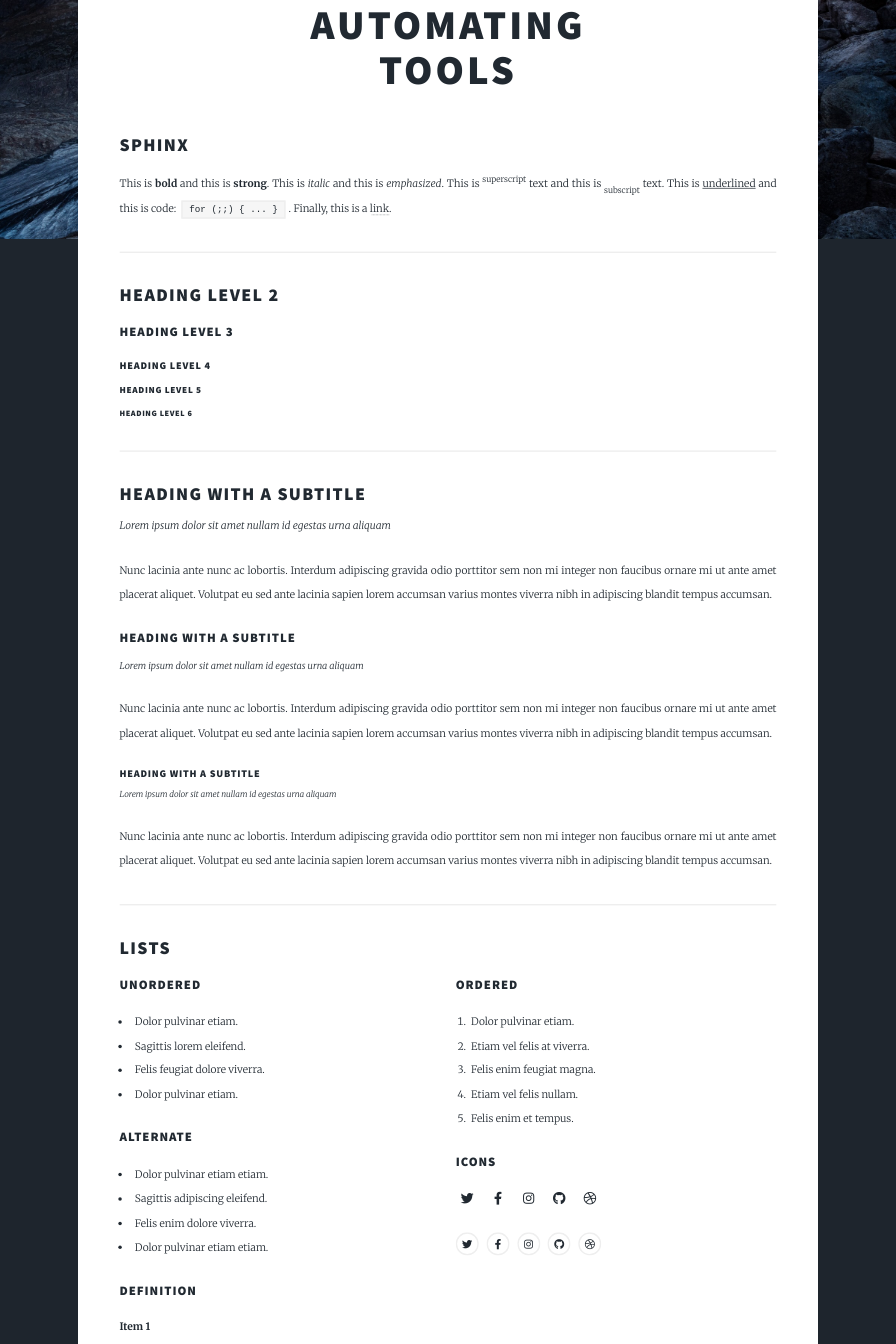
Repository: enlilsudo/Orlando-Portfolio
Page: elements.html
An editor plug-in stored every save of this project. The page is shown before and after the next save, followed by the edit.
The browser window is 1280 px wide. The pictures show the part of the page from y = 379 to 2299 px (the page is 9492 px tall before and 9527 px after), at 70% of full size.

Above is the page before, as saved 2023-02-19 11:59:08.

### elements.html
<!DOCTYPE HTML>
<!--
	Massively by HTML5 UP
	html5up.net | @ajlkn
	Free for personal and commercial use under the CCA 3.0 license (html5up.net/license)
-->
<html>
	<head>
		<title>Elements Reference - Massively by HTML5 UP</title>
		<meta charset="utf-8" />
		<meta name="viewport" content="width=device-width, initial-scale=1, user-scalable=no" />
		<link rel="stylesheet" href="assets/css/main.css" />
		<noscript><link rel="stylesheet" href="assets/css/noscript.css" /></noscript>
	</head>
	<body class="is-preload">

		<!-- Wrapper -->
			<div id="wrapper">

				<!-- Header -->
					<header id="header">
						<a href="index.html" class="logo">My Portfolio</a>
					</header>

				<!-- Nav -->
					<nav id="nav">
						<ul class="links">
							<li><a href="index.html">My Projects</a></li>
							<li><a href="generic.html">My Philosophy</a></li>
							<li class="active"><a href="elements.html">Elements of Reference</a></li>
						</ul>
						<ul class="icons">
							<li><a href="#" class="icon brands fa-twitter"><span class="label">Twitter</span></a></li>
							<li><a href="#" class="icon brands fa-facebook-f"><span class="label">Facebook</span></a></li>
							<li><a href="#" class="icon brands fa-instagram"><span class="label">Instagram</span></a></li>
							<li><a href="#" class="icon brands fa-github"><span class="label">GitHub</span></a></li>
						</ul>
					</nav>

				<!-- Main -->
					<div id="main">

						<!-- Post -->
							<section class="post">
								<header class="major">
									<h1>Automating<br />
									Tools</h1>
								</header>

								<!-- Text stuff -->
									<h2>Sphinx</h2>
									<p>This is <b>bold</b> and this is <strong>strong</strong>. This is <i>italic</i> and this is <em>emphasized</em>.
									This is <sup>superscript</sup> text and this is <sub>subscript</sub> text.
									This is <u>underlined</u> and this is code: <code>for (;;) { ... }</code>.
									Finally, this is a <a href="#">link</a>.</p>
									<hr />
									<h2>Heading Level 2</h2>
									<h3>Heading Level 3</h3>
									<h4>Heading Level 4</h4>
									<h5>Heading Level 5</h5>
									<h6>Heading Level 6</h6>
									<hr />
									<header>
										<h2>Heading with a Subtitle</h2>
										<p>Lorem ipsum dolor sit amet nullam id egestas urna aliquam</p>
									</header>
									<p>Nunc lacinia ante nunc ac lobortis. Interdum adipiscing gravida odio porttitor sem non mi integer non faucibus ornare mi ut ante amet placerat aliquet. Volutpat eu sed ante lacinia sapien lorem accumsan varius montes viverra nibh in adipiscing blandit tempus accumsan.</p>
									<header>
										<h3>Heading with a Subtitle</h3>
										<p>Lorem ipsum dolor sit amet nullam id egestas urna aliquam</p>
									</header>
									<p>Nunc lacinia ante nunc ac lobortis. Interdum adipiscing gravida odio porttitor sem non mi integer non faucibus ornare mi ut ante amet placerat aliquet. Volutpat eu sed ante lacinia sapien lorem accumsan varius montes viverra nibh in adipiscing blandit tempus accumsan.</p>
									<header>
										<h4>Heading with a Subtitle</h4>
										<p>Lorem ipsum dolor sit amet nullam id egestas urna aliquam</p>
									</header>
									<p>Nunc lacinia ante nunc ac lobortis. Interdum adipiscing gravida odio porttitor sem non mi integer non faucibus ornare mi ut ante amet placerat aliquet. Volutpat eu sed ante lacinia sapien lorem accumsan varius montes viverra nibh in adipiscing blandit tempus accumsan.</p>

									<hr />

								<!-- Lists -->
									<h2>Lists</h2>
									<div class="row">
										<div class="col-6 col-12-small">

											<h3>Unordered</h3>
											<ul>
												<li>Dolor pulvinar etiam.</li>
												<li>Sagittis lorem eleifend.</li>
												<li>Felis feugiat dolore viverra.</li>
												<li>Dolor pulvinar etiam.</li>
											</ul>

											<h3>Alternate</h3>
											<ul class="alt">
												<li>Dolor pulvinar etiam etiam.</li>
												<li>Sagittis adipiscing eleifend.</li>
												<li>Felis enim dolore viverra.</li>
												<li>Dolor pulvinar etiam etiam.</li>
											</ul>

										</div>
										<div class="col-6 col-12-small">

											<h3>Ordered</h3>
											<ol>
												<li>Dolor pulvinar etiam.</li>
												<li>Etiam vel felis at viverra.</li>
												<li>Felis enim feugiat magna.</li>
												<li>Etiam vel felis nullam.</li>
												<li>Felis enim et tempus.</li>
											</ol>

											<h3>Icons</h3>
											<ul class="icons">
												<li><a href="#" class="icon brands fa-twitter"><span class="label">Twitter</span></a></li>
												<li><a href="#" class="icon brands fa-facebook-f"><span class="label">Facebook</span></a></li>
												<li><a href="#" class="icon brands fa-instagram"><span class="label">Instagram</span></a></li>
												<li><a href="#" class="icon brands fa-github"><span class="label">Github</span></a></li>
												<li><a href="#" class="icon brands fa-dribbble"><span class="label">Dribbble</span></a></li>
											</ul>
											<ul class="icons alt">
												<li><a href="#" class="icon brands alt fa-twitter"><span class="label">Twitter</span></a></li>
												<li><a href="#" class="icon brands alt fa-facebook-f"><span class="label">Facebook</span></a></li>
												<li><a href="#" class="icon brands alt fa-instagram"><span class="label">Instagram</span></a></li>
												<li><a href="#" class="icon brands alt fa-github"><span class="label">Github</span></a></li>
												<li><a href="#" class="icon brands alt fa-dribbble"><span class="label">Dribbble</span></a></li>
											</ul>

										</div>
									</div>
									<h3>Definition</h3>
									<dl>
										<dt>Item 1</dt>
										<dd>
											<p>Lorem ipsum dolor vestibulum ante ipsum primis in faucibus vestibulum. Blandit adipiscing eu felis iaculis volutpat ac adipiscing accumsan eu faucibus. Integer ac pellentesque praesent.</p>
										</dd>
										<dt>Item 2</dt>
										<dd>
											<p>Lorem ipsum dolor vestibulum ante ipsum primis in faucibus vestibulum. Blandit adipiscing eu felis iaculis volutpat ac adipiscing accumsan eu faucibus. Integer ac pellentesque praesent.</p>
										</dd>
										<dt>Item 3</dt>
										<dd>
											<p>Lorem ipsum dolor vestibulum ante ipsum primis in faucibus vestibulum. Blandit adipiscing eu felis iaculis volutpat ac adipiscing accumsan eu faucibus. Integer ac pellentesque praesent.</p>
										</dd>
									</dl>

									<h3>Actions</h3>
									<ul class="actions">
										<li><a href="#" class="button primary">Primary</a></li>
										<li><a href="#" class="button">Default</a></li>
									</ul>
									<ul class="actions small">
										<li><a href="#" class="button primary small">Small</a></li>
										<li><a href="#" class="button small">Small</a></li>
									</ul>
									<div class="row">
										<div class="col-6 col-12-small">
											<ul class="actions stacked">
												<li><a href="#" class="button primary">Default</a></li>
												<li><a href="#" class="button">Default</a></li>
											</ul>
										</div>
										<div class="col-6 col-12-small">
											<ul class="actions stacked">
												<li><a href="#" class="button primary small">Small</a></li>
												<li><a href="#" class="button small">Small</a></li>
											</ul>
										</div>
									</div>
									<div class="row">
										<div class="col-6 col-12-small">
											<ul class="actions stacked">
												<li><a href="#" class="button primary fit">Default</a></li>
												<li><a href="#" class="button fit">Default</a></li>
											</ul>
										</div>
										<div class="col-6 col-12-small">
											<ul class="actions stacked">
												<li><a href="#" class="button primary small fit">Small</a></li>
												<li><a href="#" class="button small fit">Small</a></li>
											</ul>
										</div>
									</div>

									<hr />

								<!-- Blockquote -->
									<h2>Blockquote</h2>
									<blockquote>Fringilla nisl. Donec accumsan interdum nisi, quis tincidunt felis sagittis eget tempus euismod. Vestibulum ante ipsum primis in faucibus vestibulum. Blandit adipiscing eu felis iaculis volutpat ac adipiscing accumsan faucibus. Vestibulum ante ipsum primis in faucibus vestibulum. Blandit adipiscing eu felis.</blockquote>

									<hr />

								<!-- Table -->
									<h2>Table</h2>

									<h3>Default</h3>
									<div class="table-wrapper">
										<table>
											<thead>
												<tr>
													<th>Name</th>
													<th>Description</th>
													<th>Price</th>
												</tr>
											</thead>
											<tbody>
												<tr>
													<td>Item 1</td>
													<td>Ante turpis integer aliquet porttitor.</td>
													<td>29.99</td>
												</tr>
												<tr>
													<td>Item 2</td>
													<td>Vis ac commodo adipiscing arcu aliquet.</td>
													<td>19.99</td>
												</tr>
												<tr>
													<td>Item 3</td>
													<td> Morbi faucibus arcu accumsan lorem.</td>
													<td>29.99</td>
												</tr>
												<tr>
													<td>Item 4</td>
													<td>Vitae integer tempus condimentum.</td>
													<td>19.99</td>
												</tr>
												<tr>
													<td>Item 5</td>
													<td>Ante turpis integer aliquet porttitor.</td>
													<td>29.99</td>
												</tr>
											</tbody>
											<tfoot>
												<tr>
													<td colspan="2"></td>
													<td>100.00</td>
												</tr>
											</tfoot>
										</table>
									</div>

									<h3>Alternate</h3>
									<div class="table-wrapper">
										<table class="alt">
											<thead>
												<tr>
													<th>Name</th>
													<th>Description</th>
													<th>Price</th>
												</tr>
											</thead>
											<tbody>
												<tr>
													<td>Item 1</td>
													<td>Ante turpis integer aliquet porttitor.</td>
													<td>29.99</td>
												</tr>
												<tr>
													<td>Item 2</td>
													<td>Vis ac commodo adipiscing arcu aliquet.</td>
													<td>19.99</td>
												</tr>
												<tr>
													<td>Item 3</td>
													<td> Morbi faucibus arcu accumsan lorem.</td>
													<td>29.99</td>
												</tr>
												<tr>
													<td>Item 4</td>
													<td>Vitae integer tempus condimentum.</td>
													<td>19.99</td>
												</tr>
												<tr>
													<td>Item 5</td>
													<td>Ante turpis integer aliquet porttitor.</td>
													<td>29.99</td>
												</tr>
											</tbody>
											<tfoot>
												<tr>
													<td colspan="2"></td>
													<td>100.00</td>
												</tr>
											</tfoot>
										</table>
									</div>

									<hr />

								<!-- Buttons -->
									<h2>Buttons</h2>
									<ul class="actions">
										<li><a href="#" class="button primary">Primary</a></li>
										<li><a href="#" class="button">Default</a></li>
									</ul>
									<ul class="actions">
										<li><a href="#" class="button primary large">Large</a></li>
										<li><a href="#" class="button">Default</a></li>
										<li><a href="#" class="button small">Small</a></li>
									</ul>
									<ul class="actions fit">
										<li><a href="#" class="button primary fit">Fit</a></li>
										<li><a href="#" class="button fit">Fit</a></li>
									</ul>
									<ul class="actions fit small">
										<li><a href="#" class="button primary fit small">Fit + Small</a></li>
										<li><a href="#" class="button fit small">Fit + Small</a></li>
									</ul>
									<ul class="actions">
										<li><a href="#" class="button primary icon solid fa-search">Icon</a></li>
										<li><a href="#" class="button icon solid fa-download">Icon</a></li>
									</ul>
									<ul class="actions">
										<li><span class="button primary disabled">Primary</span></li>
										<li><span class="button disabled">Default</span></li>
									</ul>

									<hr />

								<!-- Form -->
									<h2>Form</h2>

									<form method="post" action="#">
										<div class="row gtr-uniform">
											<div class="col-6 col-12-xsmall">
												<input type="text" name="demo-name" id="demo-name" value="" placeholder="Name" />
											</div>
											<div class="col-6 col-12-xsmall">
												<input type="email" name="demo-email" id="demo-email" value="" placeholder="Email" />
											</div>
											<!-- Break -->
											<div class="col-12">
												<select name="demo-category" id="demo-category">
													<option value="">- Category -</option>
													<option value="1">Manufacturing</option>
													<option value="1">Shipping</option>
													<option value="1">Administration</option>
													<option value="1">Human Resources</option>
												</select>
											</div>
											<!-- Break -->
											<div class="col-4 col-12-small">
												<input type="radio" id="demo-priority-low" name="demo-priority" checked>
												<label for="demo-priority-low">Low</label>
											</div>
											<div class="col-4 col-12-small">
												<input type="radio" id="demo-priority-normal" name="demo-priority">
												<label for="demo-priority-normal">Normal</label>
											</div>
											<div class="col-4 col-12-small">
												<input type="radio" id="demo-priority-high" name="demo-priority">
												<label for="demo-priority-high">High</label>
											</div>
											<!-- Break -->
											<div class="col-6 col-12-small">
												<input type="checkbox" id="demo-copy" name="demo-copy">
												<label for="demo-copy">Email me a copy</label>
											</div>
											<div class="col-6 col-12-small">
												<input type="checkbox" id="demo-human" name="demo-human" checked>
												<label for="demo-human">I am a human</label>
											</div>
											<!-- Break -->
											<div class="col-12">
												<textarea name="demo-message" id="demo-message" placeholder="Enter your message" rows="6"></textarea>
											</div>
											<!-- Break -->
											<div class="col-12">
												<ul class="actions">
													<li><input type="submit" value="Send Message" class="primary" /></li>
													<li><input type="reset" value="Reset" /></li>
												</ul>
											</div>
										</div>
									</form>

									<hr />

								<!-- Image -->
									<h2>Image</h2>

									<h3>Fit</h3>
									<span class="image fit"><img src="images/pic01.jpg" alt="" /></span>
									<div class="box alt">
										<div class="row gtr-50 gtr-uniform">
											<div class="col-4"><span class="image fit"><img src="images/pic02.jpg" alt="" /></span></div>
											<div class="col-4"><span class="image fit"><img src="images/pic03.jpg" alt="" /></span></div>
											<div class="col-4"><span class="image fit"><img src="images/pic04.jpg" alt="" /></span></div>
											<!-- Break -->
											<div class="col-4"><span class="image fit"><img src="images/pic04.jpg" alt="" /></span></div>
											<div class="col-4"><span class="image fit"><img src="images/pic02.jpg" alt="" /></span></div>
											<div class="col-4"><span class="image fit"><img src="images/pic03.jpg" alt="" /></span></div>
											<!-- Break -->
											<div class="col-4"><span class="image fit"><img src="images/pic03.jpg" alt="" /></span></div>
											<div class="col-4"><span class="image fit"><img src="images/pic04.jpg" alt="" /></span></div>
											<div class="col-4"><span class="image fit"><img src="images/pic02.jpg" alt="" /></span></div>
										</div>
									</div>

									<h3>Left &amp; Right</h3>
									<p><span class="image left"><img src="images/pic08.jpg" alt="" /></span>Lorem ipsum dolor sit accumsan interdum nisi, quis tincidunt felis sagittis eget. tempus euismod. Vestibulum ante ipsum primis in faucibus vestibulum. Blandit adipiscing eu felis iaculis volutpat ac adipiscing accumsan eu faucibus. Integer ac pellentesque praesent tincidunt felis sagittis eget. tempus euismod. Vestibulum ante ipsum primis sagittis eget. tempus euismod. Vestibulum ante ipsum primis in faucibus vestibulum. Blandit adipiscing eu felis iaculis volutpat ac adipiscing accumsan eu faucibus. Integer ac pellentesque praesent tincidunt felis sagittis eget. tempus euismod. Vestibulum ante ipsum primis in faucibus vestibulum. Blandit adipiscing eu felis iaculis volutpat ac adipiscing accumsan eu faucibus. Integer ac pellentesque praesent. Vestibulum ante ipsum primis in faucibus magna blandit adipiscing eu felis iaculis.</p>
									<p><span class="image right"><img src="images/pic09.jpg" alt="" /></span>Lorem ipsum dolor sit accumsan interdum nisi, quis tincidunt felis sagittis eget. tempus euismod. Vestibulum ante ipsum primis in faucibus vestibulum. Blandit adipiscing eu felis iaculis volutpat ac adipiscing accumsan eu faucibus. Integer ac pellentesque praesent tincidunt felis sagittis eget. tempus euismod. Vestibulum ante ipsum primis sagittis eget. tempus euismod. Vestibulum ante ipsum primis in faucibus vestibulum. Blandit adipiscing eu felis iaculis volutpat ac adipiscing accumsan eu faucibus. Integer ac pellentesque praesent tincidunt felis sagittis eget. tempus euismod. Vestibulum ante ipsum primis in faucibus vestibulum. Blandit adipiscing eu felis iaculis volutpat ac adipiscing accumsan eu faucibus. Integer ac pellentesque praesent. Vestibulum ante ipsum primis in faucibus magna blandit adipiscing eu felis iaculis.</p>

									<hr />

								<!-- Box -->
									<h2>Box</h2>
									<div class="box">
										<p>Felis sagittis eget tempus primis in faucibus vestibulum. Blandit adipiscing eu felis iaculis volutpat ac adipiscing accumsan eu faucibus. Integer ac pellentesque praesent tincidunt felis sagittis eget. tempus euismod. Magna sed etiam ante ipsum primis in faucibus vestibulum. Blandit adipiscing eu ipsum primis in faucibus vestibulum. Blandit adipiscing eu felis iaculis volutpat ac adipiscing accumsan eu faucibus lorem ipsum dolor sit amet nullam. Integer ac pellentesque praesent tincidunt felis sagittis eget. tempus euismod. Vestibulum ante ipsum primis sagittis eget. tempus euismod. Vestibulum ante ipsum primis in faucibus vestibulum. Blandit adipiscing eu felis iaculis volutpat ac adipiscing accumsan eu faucibus. Integer ac pellentesque praesent tincidunt felis sagittis eget. tempus euismod. Vestibulum ante ipsum primis in faucibus vestibulum. Blandit adipiscing eu felis iaculis volutpat ac adipiscing accumsan eu faucibus. Integer ac pellentesque praesent. Vestibulum ante ipsum primis in faucibus magna blandit adipiscing eu felis iaculis volutpat lorem ipsum dolor.</p>
									</div>

									<hr />

								<!-- Preformatted Code -->
									<h2>Preformatted</h2>
									<pre><code>i = 0;

while (!deck.isInOrder()) {
    print 'Iteration ' + i;
    deck.shuffle();
    i++;
}

print 'It took ' + i + ' iterations to sort the deck.';
</code></pre>

							</section>

					</div>

				<!-- Footer -->
					<footer id="footer">
						<section>
							<form method="post" action="#">
								<div class="fields">
									<div class="field">
										<label for="name">Name</label>
										<input type="text" name="name" id="name" />
									</div>
									<div class="field">
										<label for="email">Email</label>
										<input type="text" name="email" id="email" />
									</div>
									<div class="field">
										<label for="message">Message</label>
										<textarea name="message" id="message" rows="3"></textarea>
									</div>
								</div>
								<ul class="actions">
									<li><input type="submit" value="Send Message" /></li>
								</ul>
							</form>
						</section>
						<section class="split contact">
							<section class="alt">
								<h3>Address</h3>
								<p>1234 Somewhere Road #87257<br />
								Nashville, TN 00000-0000</p>
							</section>
							<section>
								<h3>Phone</h3>
								<p><a href="#">(000) 000-0000</a></p>
							</section>
							<section>
								<h3>Email</h3>
								<p><a href="#">info@untitled.tld</a></p>
							</section>
							<section>
								<h3>Social</h3>
								<ul class="icons alt">
									<li><a href="#" class="icon brands alt fa-twitter"><span class="label">Twitter</span></a></li>
									<li><a href="#" class="icon brands alt fa-facebook-f"><span class="label">Facebook</span></a></li>
									<li><a href="#" class="icon brands alt fa-instagram"><span class="label">Instagram</span></a></li>
									<li><a href="#" class="icon brands alt fa-github"><span class="label">GitHub</span></a></li>
								</ul>
							</section>
						</section>
					</footer>

				<!-- Copyright -->
					<div id="copyright">
						<ul><li>&copy; Untitled</li><li>Design: <a href="https://html5up.net">HTML5 UP</a></li></ul>
					</div>

			</div>

		<!-- Scripts -->
			<script src="assets/js/jquery.min.js"></script>
			<script src="assets/js/jquery.scrollex.min.js"></script>
			<script src="assets/js/jquery.scrolly.min.js"></script>
			<script src="assets/js/browser.min.js"></script>
			<script src="assets/js/breakpoints.min.js"></script>
			<script src="assets/js/util.js"></script>
			<script src="assets/js/main.js"></script>

	</body>
</html>

Loaded but not shown: assets/css/fontawesome-all.min.css (library); assets/js/jquery.min.js (library); assets/js/jquery.scrollex.min.js (common file); assets/js/jquery.scrolly.min.js (common file); assets/js/browser.min.js (common file); assets/js/breakpoints.min.js (common file); assets/js/util.js (587 lines, source omitted); assets/js/main.js (258 lines, source omitted); assets/css/main.css (4689 lines, source omitted)

After the next save:
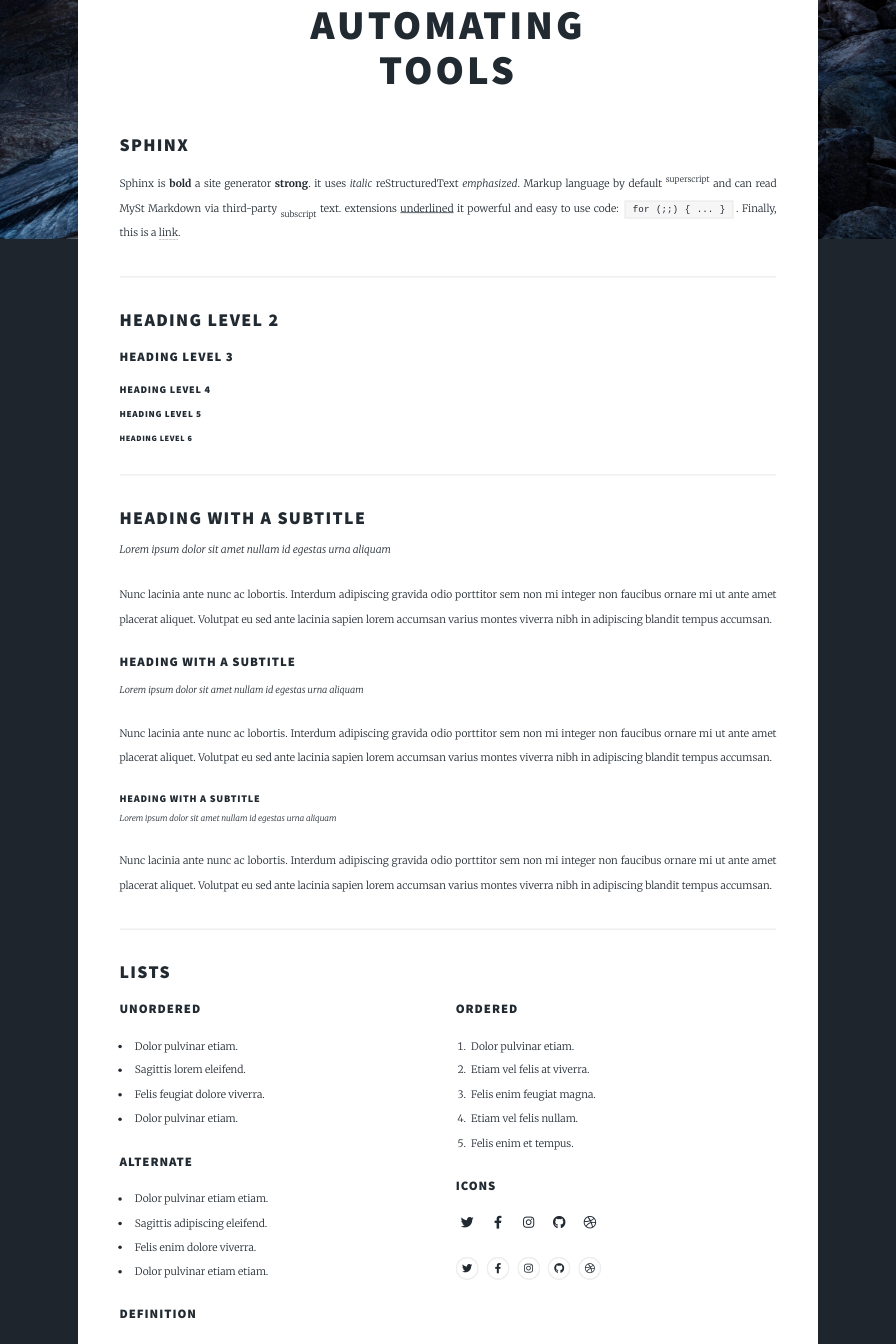
Saved 9 min 32 s later.
--- a/elements.html
+++ b/elements.html
@@ -49,10 +49,10 @@
 
 								<!-- Text stuff -->
 									<h2>Sphinx</h2>
-									<p>This is <b>bold</b> and this is <strong>strong</strong>. This is <i>italic</i> and this is <em>emphasized</em>.
-									This is <sup>superscript</sup> text and this is <sub>subscript</sub> text.
-									This is <u>underlined</u> and this is code: <code>for (;;) { ... }</code>.
-									Finally, this is a <a href="#">link</a>.</p>
+									<p>Sphinx is <b>bold</b> a site generator <strong>strong</strong>. it uses <i>italic</i> reStructuredText <em>emphasized</em>.
+									Markup language by default <sup>superscript</sup> and can read MySt Markdown via third-party <sub>subscript</sub> text.
+									extensions <u>underlined</u> it powerful and easy to use code: <code>for (;;) { ... }</code>.
+									Finally, this is a <a href="https://www.sphinx-doc.org/en/master/#get-started">link</a>.</p>
 									<hr />
 									<h2>Heading Level 2</h2>
 									<h3>Heading Level 3</h3>
